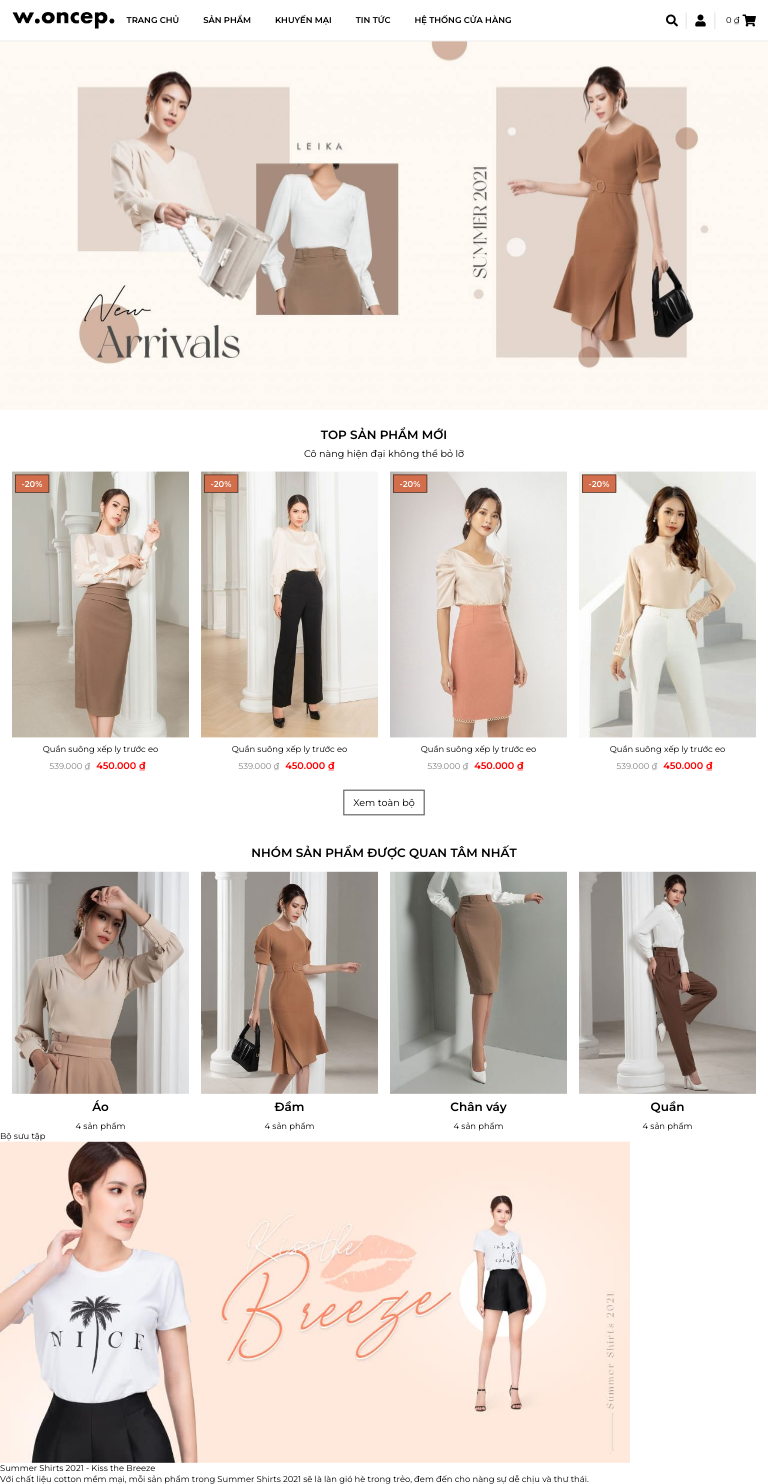
Repository: Nguyenductuan-dev/bt_j2team
Page: index.html
These files come from the project's save history. The page is drawn as it stood at one moment and after the next save; the edit follows.
The browser window is 1280 px wide. The pictures show the whole page, at 60% of full size.

Above is the page before, as saved 2021-12-12 16:58:55.

After the next save:
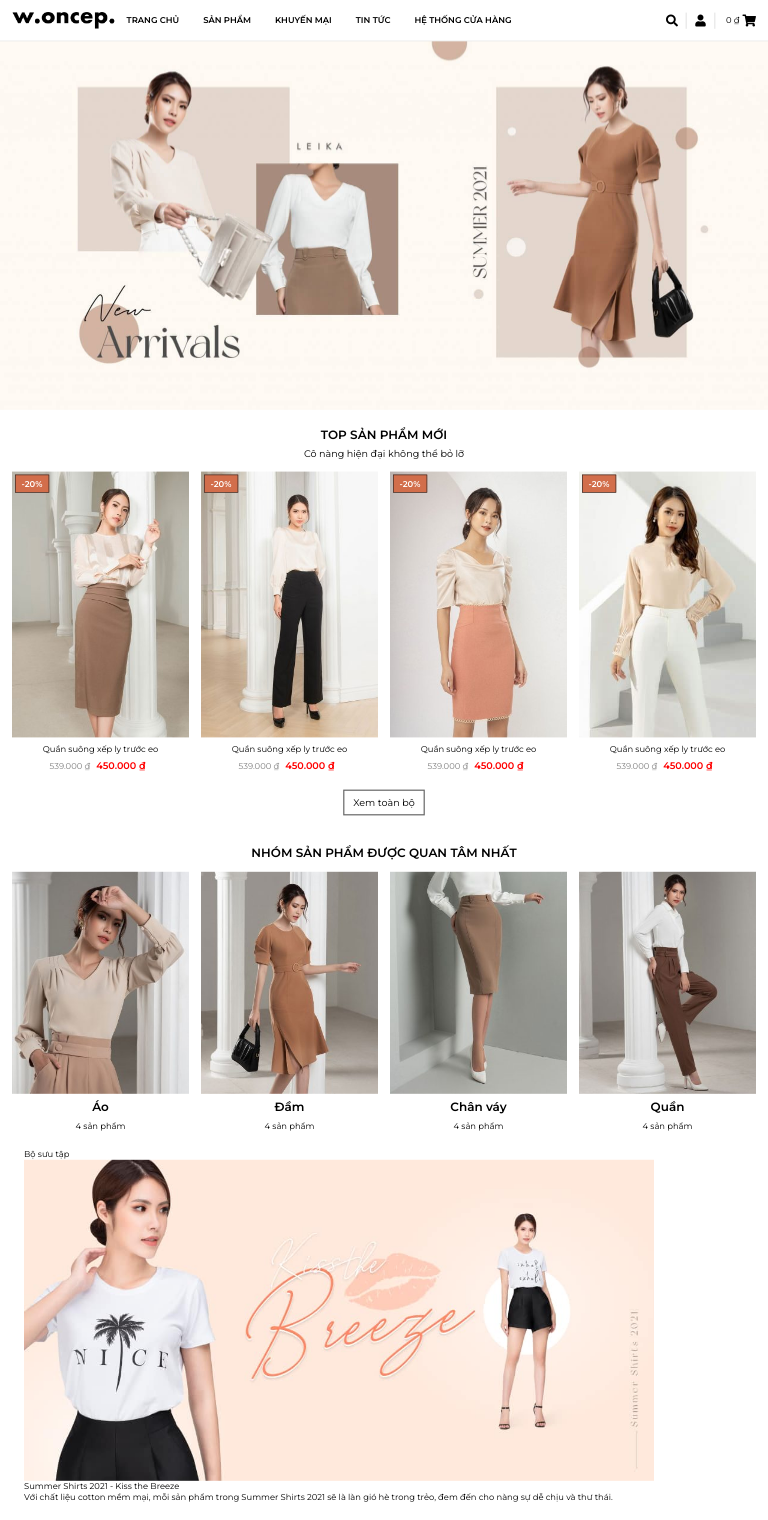
Saved 57 s later.
--- a/css/style.css
+++ b/css/style.css
@@ -195,3 +195,7 @@
     text-align: center;
     font-size: 14px;
 }
+.home_collection {
+    max-width: 1200px;
+    margin: 30px auto;
+}
